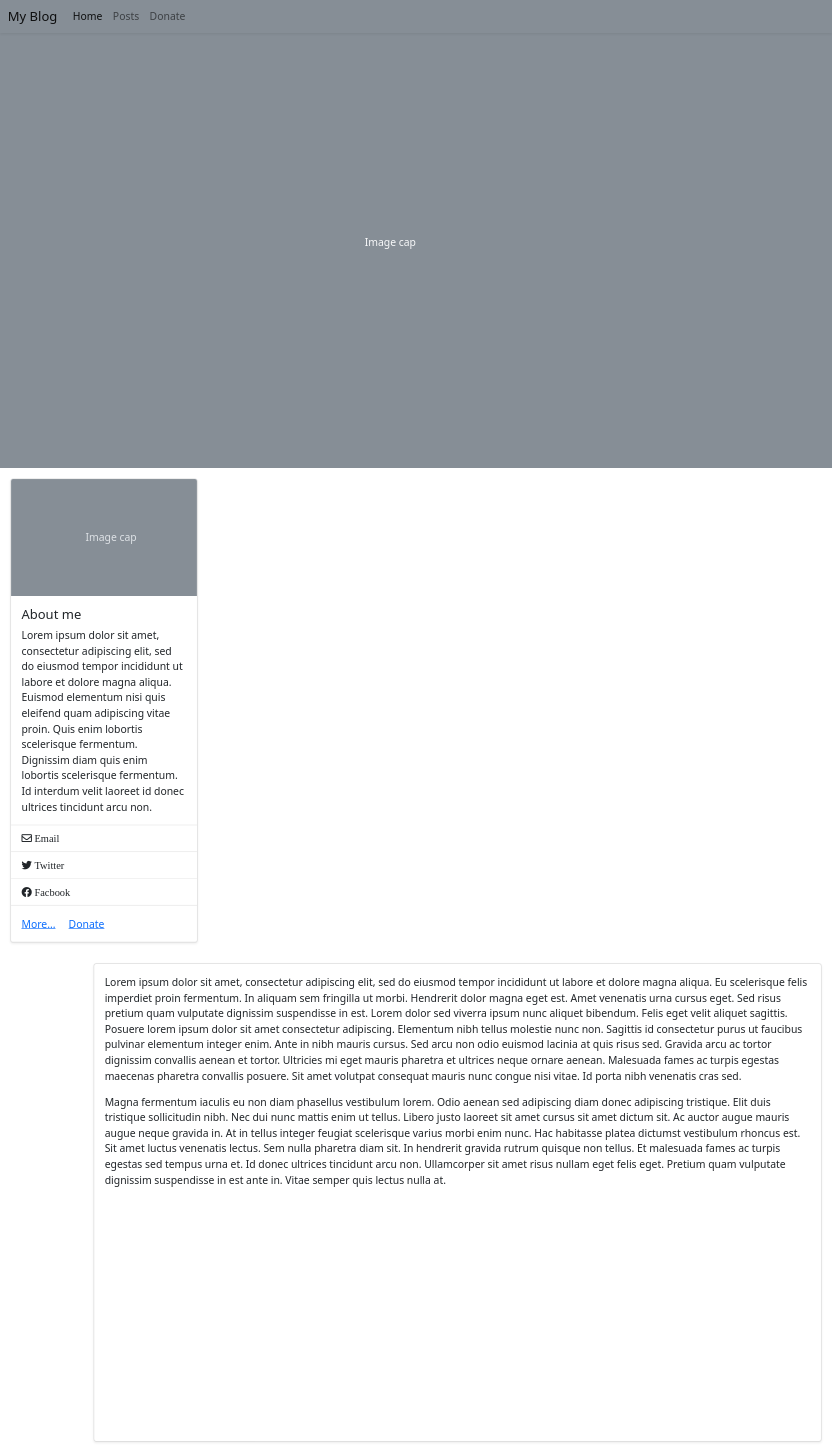
Repository: LublubXT/Azi-Tec-Team
Page: views/templates/blogs/personalblog/home.html
An editor plug-in stored every save of this project. The page is shown before and after a run of saves, followed by the edit.
The browser window is 1280 px wide. The pictures show the whole page, at 65% of full size.

Above is the page before, as saved 2021-03-11 09:15:27.

After the next 3 saves:
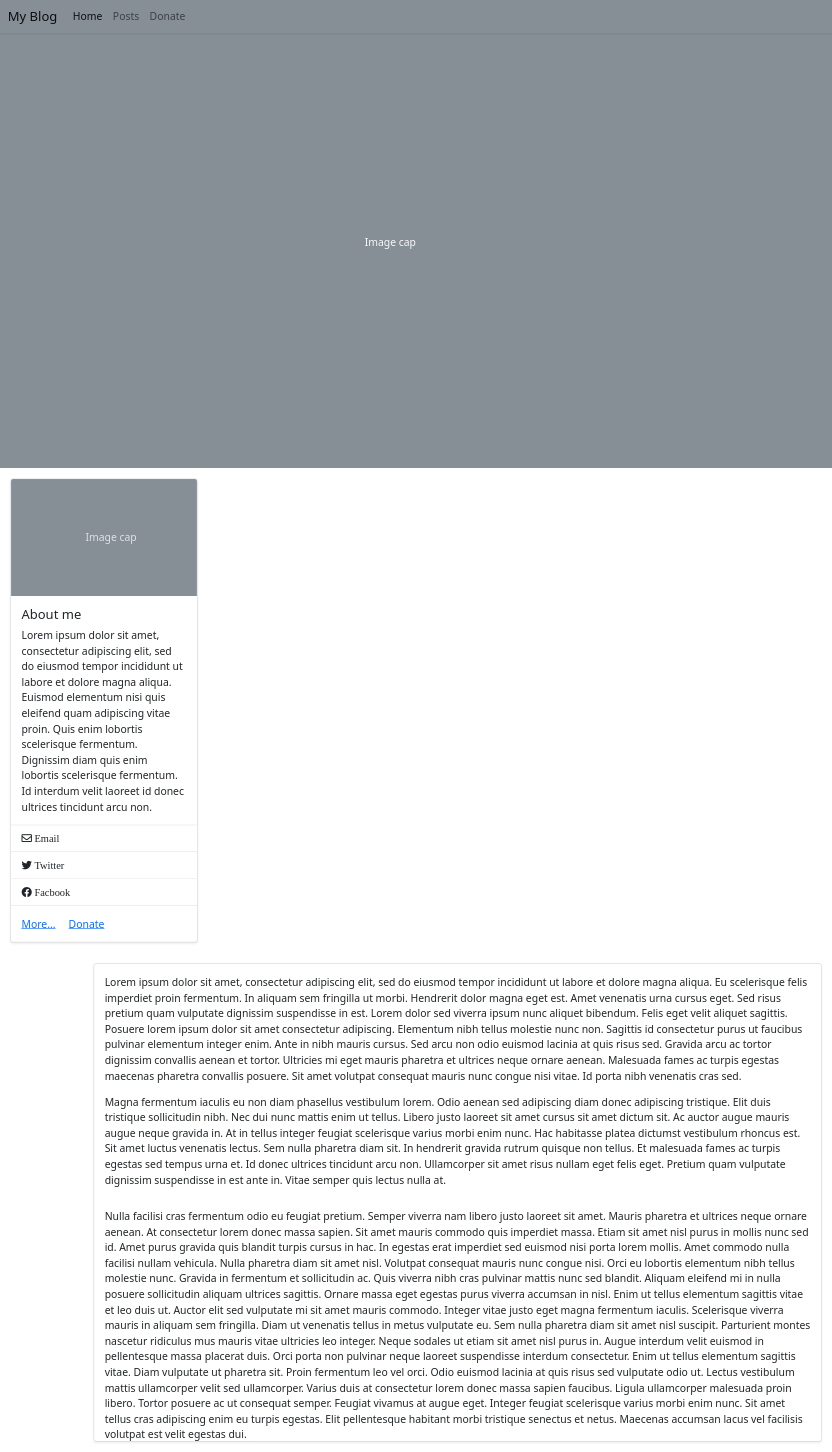
The 3 saves are shown as one change because they came seconds apart.
The last was saved 10 s later.
--- a/views/templates/blogs/personalblog/home.html
+++ b/views/templates/blogs/personalblog/home.html
@@ -102,7 +102,8 @@
                     urna et. Id donec ultrices tincidunt arcu non. Ullamcorper sit amet risus nullam eget felis eget.
                     Pretium quam vulputate
                     dignissim suspendisse in est ante in. Vitae semper quis lectus nulla at.
-                <p
+                </p>
+                <p class="text-dark"></p>
                     Nulla facilisi cras fermentum odio eu feugiat pretium. Semper viverra nam libero justo laoreet sit
                     amet. Mauris pharetra
                     et ultrices neque ornare aenean. At consectetur lorem donec massa sapien. Sit amet mauris commodo
